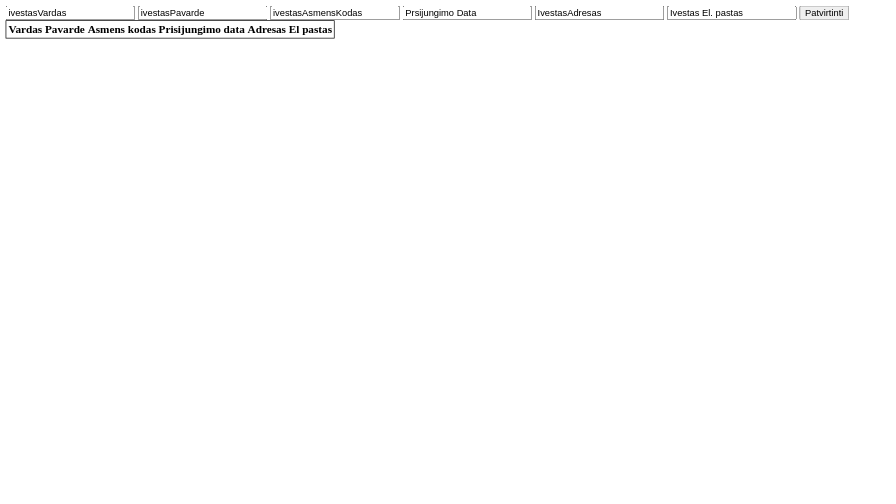
Repository: motiejus1/29-paskaita-05.31
Page: index.html
An editor plug-in stored every save of this project. The page is shown before and after a run of saves, followed by the edit.
The browser window is 1280 px wide. The pictures show the part of the page from y = 0 to 1920 px (the page is 720 px tall before and 4863 px after), at 70% of full size.

Above is the page before, as saved 2021-07-21 19:09:38.
Console error: SyntaxError: Unexpected token ']'

### index.html
<!DOCTYPE html>
<html lang="en">
<head>
    <meta charset="UTF-8">
    <meta http-equiv="X-UA-Compatible" content="IE=edge">
    <meta name="viewport" content="width=device-width, initial-scale=1.0">
    <title>29 paskaita</title>
    <style>
        table {
            border: 1px solid black;
        }

        td {
            border: 1px solid black;
        }
    </style>
</head>
<body>

    <div class="kliento-ivedimas">
        <input type="text" id="vardas" name="vardas" placeholder="Vardas" value="ivestasVardas"/>
        <input type="text" id="pavarde" name="pavarde" placeholder="Pavarde" value="ivestasPavarde" />
        <input type="text" id="asmensKodas" name="asmensKodas" placeholder="Asmens kodas" value="ivestasAsmensKodas" />
        <input type="text" id="prsijungimData" name="prsijungimData" placeholder="Prsijungimo Data" value="Prsijungimo Data" />
        <input type="text" id="adresas" name="adresas" placeholder="Adresas" value="IvestasAdresas" />
        <input type="text" id="elpastas" name="elpastas" placeholder="El. pastas" value="Ivestas El. pastas" />
        <button class="patvirtinti">Patvirtinti</button>
    </div>


    <table class="klientai">
        <tr>
            <th>Vardas</th>
            <th>Pavarde</th>
            <th>Asmens kodas</th>
            <th>Prisijungimo data</th>
            <th>Adresas</th>
            <th>El pastas</th>
        </tr>
    </table>

    <script>
        "use strict";

// 3. Susikurti objektą "Klientas".
// Kintamieji:
// vardas
// pavarde
// asmens kodas
// prisijungimo data
// adresas
// elpastas.

// Sukurti 200 "Klientas" objektų masyvą. "Klientas" duomenis užpildyti savo nuožiūrą.
// Visą "Klientas" objektų masyvą atvaizduoti lentelėje <table>.

    function getRndInteger(min, max) {
        return Math.floor(Math.random() * (max - min + 1) ) + min;
    }

    var klientuMasyvas = [];

    // Klientu generavimas
    for(var i=0; i< 200; i++) {
        var klientas = {
            vardas: "",
            pavarde: "",
            asmensKodas: "",
            prsijungimData: "",
            adresas: "",
            elpastas: ""
        }

        klientas.vardas = "vardas"+(i+1);
        klientas.pavarde = "pavarde"+(i+1);
        // klientas.asmensKodas = "3985254515" + (i+1);
        klientas.asmensKodas = getRndInteger(3985254515, 3999999999);
        klientas.prsijungimData = new Date();
        klientas.adresas = "adresas" + (i+1);
        klientas.elpastas = "testinis"+(i+1) + "@gmail.com";
        klientuMasyvas.push(klientas);
    }

    //Klientu atvaizdavimas
    var isvedimoElementas = document.querySelector(".klientai");

    for (var i=0; i< klientuMasyvas.length; i++) {
        // tiesiog sukurti tuscias eilutes
        var eilute = document.createElement("tr");
        eilute.classList.add("klientas");

        //Vardo atvaizdavimas
        var vardas = document.createElement("td");
        vardas.innerText = klientuMasyvas[i].vardas;
        eilute.append(vardas);

        //Pavarde atvaizdavimas
        var pavarde = document.createElement("td");
        pavarde.innerText = klientuMasyvas[i].pavarde;
        eilute.append(pavarde);

        //Asmens kodas atvaizdavimas
        var asmensKodas = document.createElement("td");
        asmensKodas.innerText = klientuMasyvas[i].asmensKodas;
        eilute.append(asmensKodas);

        //prsijungimData atvaizdavimas
        var prsijungimData = document.createElement("td");
        prsijungimData.innerText = klientuMasyvas[i].prsijungimData;
        eilute.append(prsijungimData);

        // Adresas atvaizdavimas
        var adresas = document.createElement("td");
        adresas.innerText = klientuMasyvas[i].adresas;
        eilute.append(adresas);

        // elpastas atvaizdavimas
        var elpastas = document.createElement("td");
        elpastas.innerText = klientuMasyvas[i].elpastas;
        eilute.append(elpastas);

        isvedimoElementas.append(eilute);
    }


    document.querySelector(".patvirtinti").addEventListener("click", function() {
        //is inputu pasiimt visa informacija +
        //paimta informacija is input laukeliu turetu buti sudedama i objekta +
        //objektas patalpinamas i masyva
        //atvaizdavimas

        var inputVardas = document.querySelector("#vardas").value;
        var inputPavarde = document.querySelector("#pavarde").value;
        var inputAsmensKodas = document.querySelector("#asmensKodas").value;
        var inputPrisijungimoData = document.querySelector("#prsijungimData").value;
        var inputAdresas = document.querySelector("#adresas").value;
        var inputElpastas = document.querySelector("#elpastas").value;

        klientas = {
            vardas: inputVardas,
            pavarde: inputPavarde,
            asmensKodas: inputAsmensKodas,
            prsijungimData: inputPrisijungimoData,
            adresas: inputAdresas,
            elpastas: inputElpastas
        }

        klientuMasyvas.push(klientas); //201 300

        var paskutinisElementas = klientuMasyvas.length-1;// 201 300
        // tiesiog sukurti tuscias eilutes
        var eilute = document.createElement("tr");
        eilute.classList.add("klientas");

        //Vardo atvaizdavimas
        var vardas = document.createElement("td");
        vardas.innerText = klientuMasyvas[].vardas;
        eilute.append(vardas);

        //Pavarde atvaizdavimas
        var pavarde = document.createElement("td");
        pavarde.innerText = klientuMasyvas[i].pavarde;
        eilute.append(pavarde);

        //Asmens kodas atvaizdavimas
        var asmensKodas = document.createElement("td");
        asmensKodas.innerText = klientuMasyvas[i].asmensKodas;
        eilute.append(asmensKodas);

        //prsijungimData atvaizdavimas
        var prsijungimData = document.createElement("td");
        prsijungimData.innerText = klientuMasyvas[i].prsijungimData;
        eilute.append(prsijungimData);

        // Adresas atvaizdavimas
        var adresas = document.createElement("td");
        adresas.innerText = klientuMasyvas[i].adresas;
        eilute.append(adresas);

        // elpastas atvaizdavimas
        var elpastas = document.createElement("td");
        elpastas.innerText = klientuMasyvas[i].elpastas;
        eilute.append(elpastas);

        isvedimoElementas.append(eilute);



        console.log(klientuMasyvas);

    });


    // console.log(klientuMasyvas);

    </script>
</body>
</html>

After the next 6 saves:
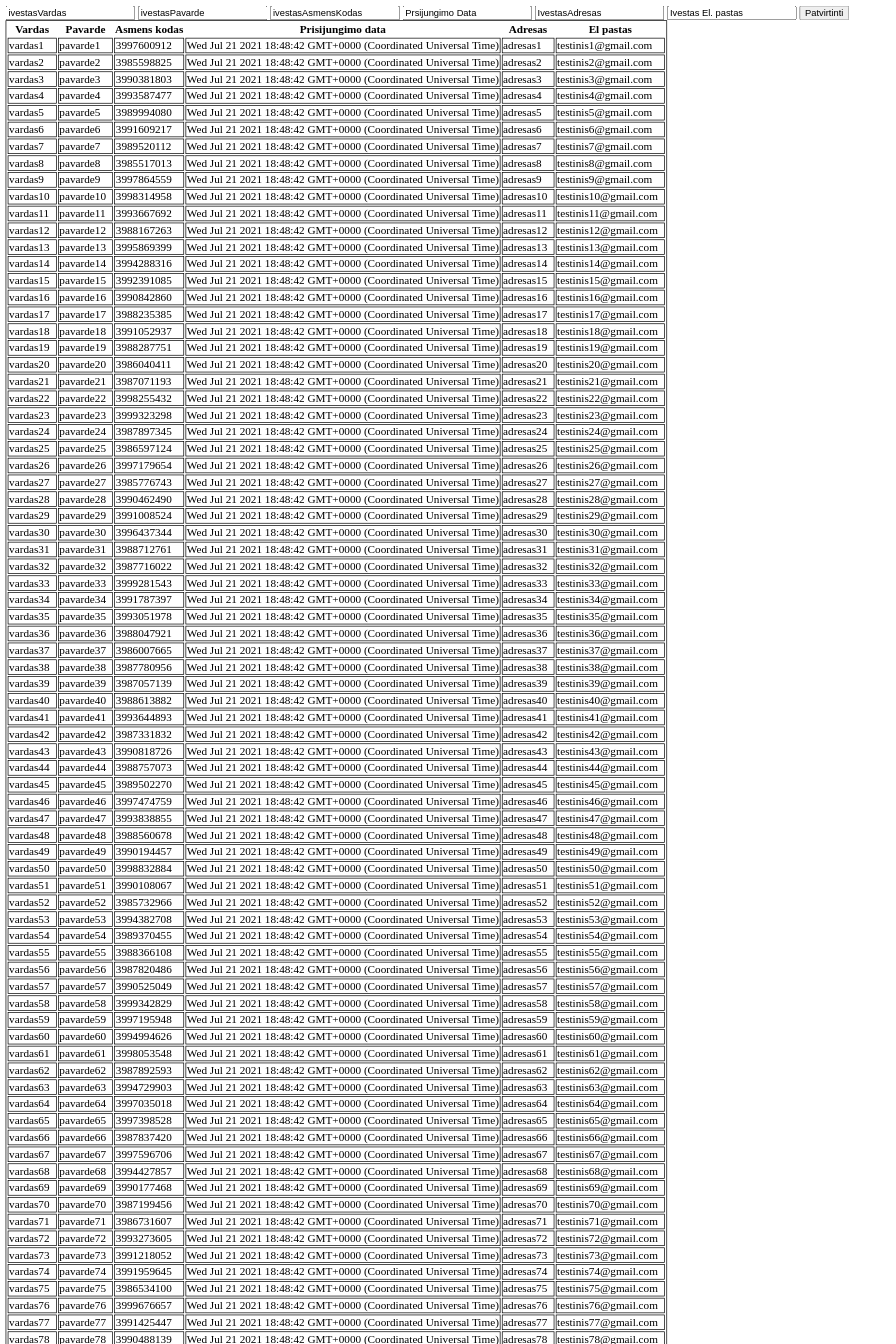
The error is gone.
The 6 saves are shown as one change because they came seconds apart.
The last was saved 56 s later.
--- a/index.html
+++ b/index.html
@@ -154,32 +154,32 @@
 
         //Vardo atvaizdavimas
         var vardas = document.createElement("td");
-        vardas.innerText = klientuMasyvas[].vardas;
+        vardas.innerText = klientuMasyvas[paskutinisElementas].vardas;
         eilute.append(vardas);
 
         //Pavarde atvaizdavimas
         var pavarde = document.createElement("td");
-        pavarde.innerText = klientuMasyvas[i].pavarde;
+        pavarde.innerText = klientuMasyvas[paskutinisElementas].pavarde;
         eilute.append(pavarde);
 
         //Asmens kodas atvaizdavimas
         var asmensKodas = document.createElement("td");
-        asmensKodas.innerText = klientuMasyvas[i].asmensKodas;
+        asmensKodas.innerText = klientuMasyvas[paskutinisElementas].asmensKodas;
         eilute.append(asmensKodas);
 
         //prsijungimData atvaizdavimas
         var prsijungimData = document.createElement("td");
-        prsijungimData.innerText = klientuMasyvas[i].prsijungimData;
+        prsijungimData.innerText = klientuMasyvas[paskutinisElementas].prsijungimData;
         eilute.append(prsijungimData);
 
         // Adresas atvaizdavimas
         var adresas = document.createElement("td");
-        adresas.innerText = klientuMasyvas[i].adresas;
+        adresas.innerText = klientuMasyvas[paskutinisElementas].adresas;
         eilute.append(adresas);
 
         // elpastas atvaizdavimas
         var elpastas = document.createElement("td");
-        elpastas.innerText = klientuMasyvas[i].elpastas;
+        elpastas.innerText = klientuMasyvas[paskutinisElementas].elpastas;
         eilute.append(elpastas);
 
         isvedimoElementas.append(eilute);
